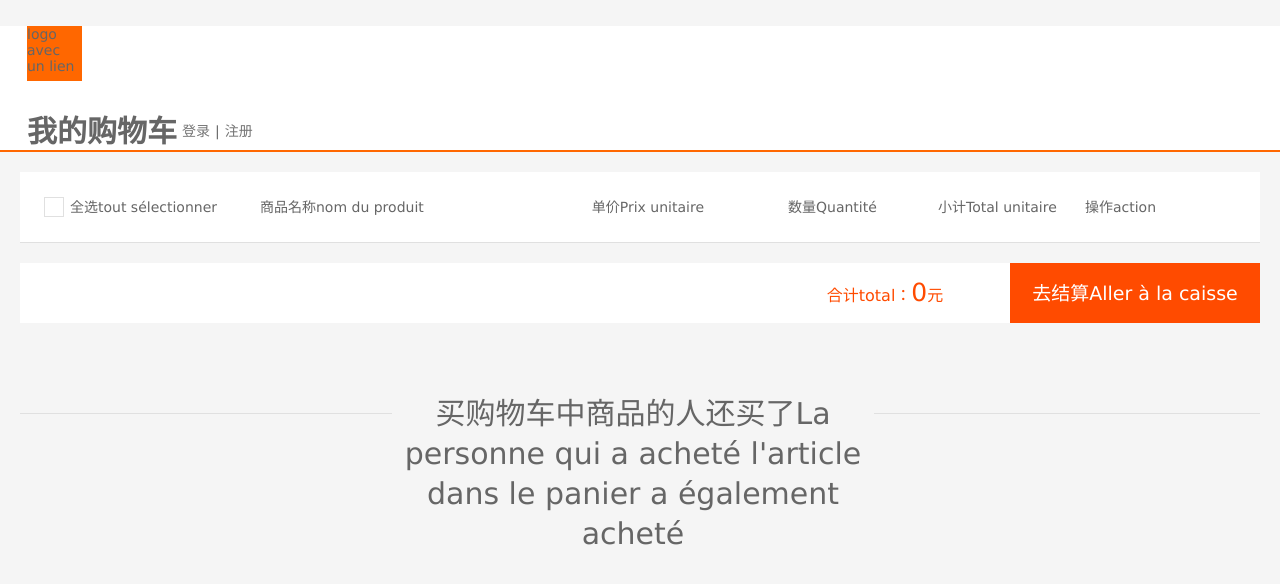
Repository: clairedupuich/excercice
Page: javaScript/banier d'achat/购物车.html
An editor plug-in stored every save of this project. The page is shown before and after the next save, followed by the edit.
The browser window is 1280 px wide. The pictures show the whole page.

Above is the page before, as saved 2020-10-12 16:12:47.
Console error: SyntaxError: Unexpected end of input

### javaScript/banier d'achat/购物车.html
<!DOCTYPE html>
<html lang="en">

<head>
    <meta charset="UTF-8">
    <meta name="viewport" content="width=device-width, initial-scale=1.0">
    <title>panier d'achat</title>
    <link rel="stylesheet" href="购物车.css">
</head>

<body>
    <div class="header">
        <div class="container">
            <div class="header-logo">
                <a class="logo ir" href="" title="supermarche de claire">logo avec un lien</a>
            </div>
            <div class="header-title" id="J_miniHeaderTitle">
                <h2 style="font-size: 30px;">我的购物车</h2>
            </div>
            <div class="topbar-info" id="J_userInfo">
                <a class="link" href="http://www.weichufeng.cn/login.jsp">登录</a><span class="sep">|</span><a class="link" href="http://www.weichufeng.cn/regist.jsp">注册</a></div>
        </div>
    </div>
    <!--购物车打开页-->
    <div id="car" class="car">

        <div class="head_row hid">
            <div class="check left"> <i onclick="checkAll()">√</i></div>
            <div class="img left"> 全选tout sélectionner</div>
            <div class="name left">商品名称nom du produit</div>
            <div class="price left">单价Prix ​​unitaire</div>
            <div class="number left">数量Quantité</div>
            <div class="subtotal left">小计Total unitaire</div>
            <div class="ctrl left">操作action</div>
        </div>

    </div>
    <!--结算区域-->
    <div id="sum_area">
        <div id="pay">去结算Aller à la caisse</div>
        <div id="pay_amout">合计total：<span id="price_num">0</span>元</div>
    </div>

    <!--推广广告区域-->
    <div id="box">
        <h2 class="box_head"><span>买购物车中商品的人还买了La personne qui
            a acheté l'article dans le panier a également acheté</span></h2>

        <ul>
        </ul>
    </div>


    <script src="购物车.js"></script>
</body>

</html>

### javaScript/banier d'achat/购物车.css
* {
    margin: 0;
    padding: 0;
    font-family: Verdana, Geneva, Tahoma, sans-serif;
    list-style: none;
    color: #666;
    text-decoration: none;
    font-size: 14px;
}

body {
    background: #f5f5f5;
    height: 100%;
}

.header {
    padding-bottom: 2em;
    font-size: 12px;
    border-bottom: 2px solid #ff6700;
    background: #fff;
    color: #b0b0b0;
    position: relative;
    z-index: 20;
    height: 100px;
}

.header .container {
    position: relative;
    width: 1226px;
    margin-right: auto;
    margin-left: auto;
}

.header .container .header-logo {
    width: 93px;
    margin-top: 26px;
}

.logo {
    width: 48px;
    height: 48px;
    position: relative;
    display: block;
    width: 55px;
    height: 55px;
    overflow: hidden;
    background-color: #ff6700;
}

.header-title {
    float: left;
    margin-top: 26px;
    font-size: 12px;
}

.topbar-info {
    margin-top: 30px;
    line-height: 40px;
}

.link {
    padding: 0 5px;
    color: #757575;
    text-decoration: none;
}

.hid {
    overflow: hidden;
}

.left {
    float: left;
}

.box_head {
    position: relative;
    margin: 3em auto;
    height: 50px;
    font-size: 30px;
    font-weight: 400;
    color: #757575;
    border-top: 1px solid #e0e0e0;
}

.box_head span {
    position: absolute;
    top: -20px;
    left: 372px;
    height: 40px;
    width: 482px;
    line-height: 40px;
    text-align: center;
    display: block;
    background-color: #f5f5f5;
    font-size: 30px;
}

#box {
    width: 1240px;
    margin: 40px auto;
}

#box ul {
    margin-right: -14px;
    overflow: hidden;
}

#box li {
    width: 234px;
    float: left;
    margin-right: 14px;
    padding: 24px 0 20px;
    background: #FFF;
    text-align: center;
    position: relative;
    cursor: pointer;
    margin-bottom: 14px;
}

.pro_img {
    width: 150px;
    height: 150px;
    margin: 0 auto 18px;
}

.pro_name {
    display: block;
    text-overflow: ellipsis;
    white-space: nowrap;
    overflow: hidden;
    font-weight: 400;
}

.pro_name a {
    color: #333;
}

.pro_price {
    color: #ff6700;
    margin: 10px;
}

.pro_rank {
    color: #757575;
    margin: 10px;
}

#box li:hover .add_btn {
    display: block;
}

#box li:hover .pro_rank {
    opacity: 0;
}

#box li .add_btn:hover {
    background-color: #f60;
    color: white;
}

.add_btn {
    height: 22px;
    position: absolute;
    width: 122px;
    bottom: 28px;
    left: 50%;
    margin-left: -61px;
    line-height: 22px;
    display: none;
    color: #F60;
    font-size: 12px;
    border: 1px solid #f60;
}

.car {
    width: 1240px;
    margin: 20px auto;
    background: #FFF;
}

.car .check {
    width: 50px;

}

.car .check i {
    color: #fff;
    display: inline-block;

    width: 18px;
    height: 18px;
    line-height: 18px;
    border: 1px solid #e0e0e0;
    margin-left: 24px;
    background-color: #fff;
    font-size: 16px;
    text-align: center;
    vertical-align: middle;
    position: relative;
    top: -1px;
    cursor: pointer;
    font-family: "iconfont";
}

.i_acity {

    border-color: #ff6700 !important;
    background-color: #ff6700 !important;
}

.car .img {
    width: 190px;
}

.car .img img {
    display: block;
    width: 80px;
    height: 80px;
    margin: 3px auto;
}

.car .name {
    width: 300px;
}

.car .name span {
    line-height: 1;
    margin-top: 8px;
    margin-bottom: 8px;
    font-size: 18px;
    font-weight: normal;
    text-overflow: ellipsis;
    white-space: nowrap;
    overflow: hidden;
}

.car .price {
    width: 144px;
    text-align: right;
    padding-right: 84px;
}

.car .price span {
    color: #ff6700;
    font-size: 16px;
}

.car .number {
    width: 150px;
}

.car .subtotal {
    width: 130px;

}

.car .ctrl {
    width: 105px;
    padding-right: 25px;
    text-align: center;
}

.car .ctrl a {
    font-size: 20px;
    cursor: pointer;
    display: block;
    width: 26px;
    height: 26px;
    margin: 30px auto;
    line-height: 26px;
}

.car .ctrl a:hover {
    color: #FFF;
    background: #ff6700;
    border-radius: 50%;
}

.head_row {
    height: 70px;
    line-height: 70px;
}

.head_row,
.row {
    border-bottom: solid 1px #e0e0e0;
}

.row {
    height: 86px;
    line-height: 86px;
    padding: 15px 0;
    margin: 0px;
}

#sum_area {
    width: 1240px;
    height: 60px;
    background: white;
    margin: 20px auto;
}

#sum_area #pay {
    width: 250px;
    height: 60px;
    text-align: center;
    float: right;
    line-height: 60px;
    font-size: 19px;
    background: #FF4B00;
    color: white;
}

#sum_area #pay_amout {
    width: 250px;
    height: 60px;
    text-align: center;
    float: right;
    line-height: 60px;
    font-size: 16px;
    color: #FF4B00;
}

#sum_area #pay_amout #price_num {
    width: 100px;
    height: 60px;
    font-size: 25px;
    color: #FF4B00;
    /*  float: left;*/
}

.item_count_i {
    height: 85px;
    width: 10%;
    /*border: 1px solid black;*/
    float: left;
    margin-right: 25px;
}

.num_count {
    width: 150px;
    height: 40px;
    border: 1.2px solid #E0E0E0;
    float: right;
    margin-top: 21px;

}

.count_i {
    width: 30%;
    height: 40px;
    line-height: 40px;
    float: left;
    text-align: center;
    font-size: 21px;
    color: #747474;
}

.count_i:hover {
    width: 30%;
    height: 40px;
    line-height: 40px;
    float: left;
    text-align: center;
    font-size: 21px;
    color: #747474;
    background: #E0E0E0;
    cursor: pointer;
}

.c_num {
    width: 40%;
    height: 40px;
    line-height: 40px;
    float: left;
    text-align: center;
    font-size: 16px;
    color: #747474;
}

.count_d {
    width: 30%;
    height: 40px;
    line-height: 40px;
    float: left;
    text-align: center;
    font-size: 25px;
    color: #747474;
}

.count_d:hover {
    width: 30%;
    height: 40px;
    line-height: 40px;
    float: left;
    text-align: center;
    font-size: 25px;
    color: #747474;
    background: #E0E0E0;
    cursor: pointer;
}

.i_acity2 {
    border-color: #ff6700 !important;
    background-color: #ff6700 !important;
}

### javaScript/banier d'achat/购物车.js
/* 一、基本功能
添加商品到购物车
移出购物车中的商品
选中某个商品，动态更新结算价格
商品数量的增加与减少
全选、反选，动态更新结算价格
 */

window.onload = function() {
    var aData = [{
            "imgUrl": "img/03-car-01.png",
            "proName": " 小米手环4 NFC版 ",
            "proPrice": "229",
            "proComm": "1"
        },
        {
            "imgUrl": "img/03-car-02.png",
            "proName": " Redmi AirDots真无线蓝牙耳机 ",
            "proPrice": "99.9",
            "proComm": "9.7"
        },
        {
            "imgUrl": "img/03-car-03.png",
            "proName": " 米家蓝牙温湿度计 ",
            "proPrice": "65",
            "proComm": "1.3"
        },
        {
            "imgUrl": "img/03-car-04.png",
            "proName": " 小米小爱智能闹钟 ",
            "proPrice": "149",
            "proComm": "1.1"
        },
        {
            "imgUrl": "img/03-car-05.png",
            "proName": "米家电子温湿度计Pro  ",
            "proPrice": "750",
            "proComm": "0.3"
        },
        {
            "imgUrl": "img/03-car-06.png",
            "proName": " 小米手环3 NFC版 Pro  ",
            "proPrice": "199",
            "proComm": "3.3"
        },
        {
            "imgUrl": "img/03-car-07.png",
            "proName": " 小米手环3 / 4 通用腕带",
            "proPrice": "19.9",
            "proComm": "1.2"
        },
        {
            "imgUrl": "img/03-car-08.png",
            "proName": "  米家温湿度传感器 ",
            "proPrice": "45",
            "proComm": "0.6"
        },
        {
            "imgUrl": "img/03-car-09.png",
            "proName": "  米家电子温湿度计Pro 3个装  ",
            "proPrice": "207",
            "proComm": "0.3"
        },
        {
            "imgUrl": "img/03-car-10.png",
            "proName": " 小米手环3 ",
            "proPrice": "199",
            "proComm": "7.2"
        }
    ];
    var oBox = document.getElementById("box");//商品列表所在的div
    var oUl = document.getElementsByTagName("ul")[0];//商品列表所在的ul
    //遍历所有商品
    for (var i = 0; i < aData.length; i++) {
        var oLi = document.createElement("li");
        var data = aData[i];
        oLi.innerHTML += '<div class="pro_img"><img src="' + data["imgUrl"] + '" width="150" height="150"></div>';
        oLi.innerHTML += '<h3 class="pro_name"><a href="#">' + data["proName"] + '</a></h3>';
        oLi.innerHTML += '<p class="pro_price">' + data["proPrice"] + '元</p>';
        oLi.innerHTML += '<p class="pro_rank">' + data["proComm"] + '万人好评</p>';
        oLi.innerHTML += '<div class="add_btn">加入购物车</div>';
        oUl.appendChild(oLi);

    }

After the next save:
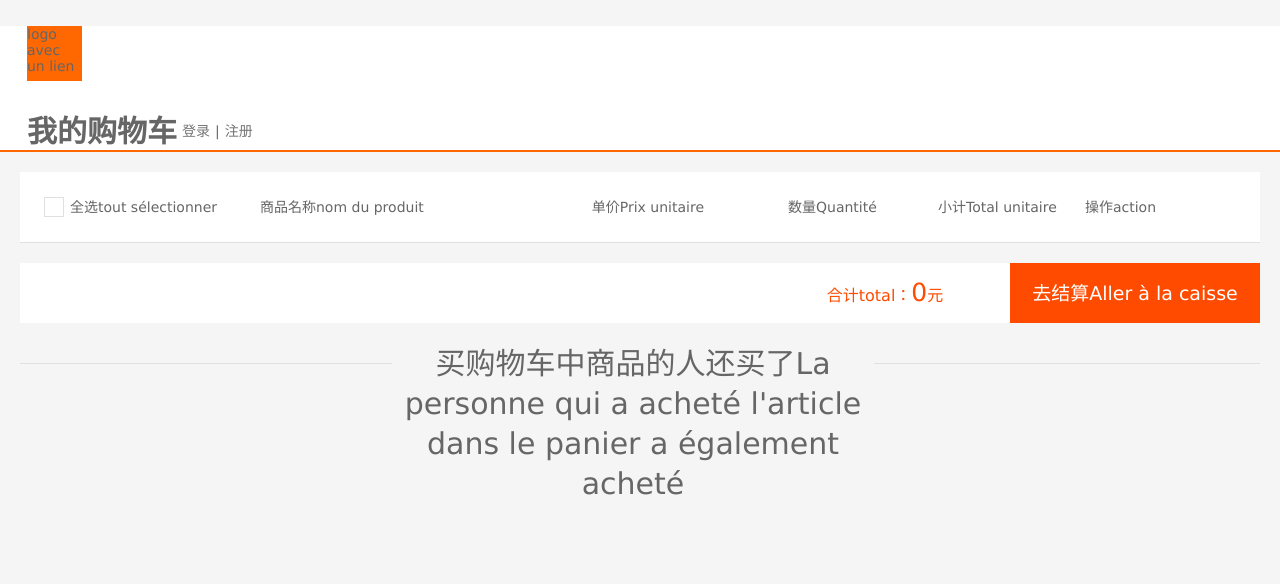
Saved 36 s later.
--- a/javaScript/banier d'achat/购物车.css
+++ b/javaScript/banier d'achat/购物车.css
@@ -74,7 +74,7 @@
 
 .box_head {
     position: relative;
-    margin: 3em auto;
+    margin: 1em auto;
     height: 50px;
     font-size: 30px;
     font-weight: 400;
